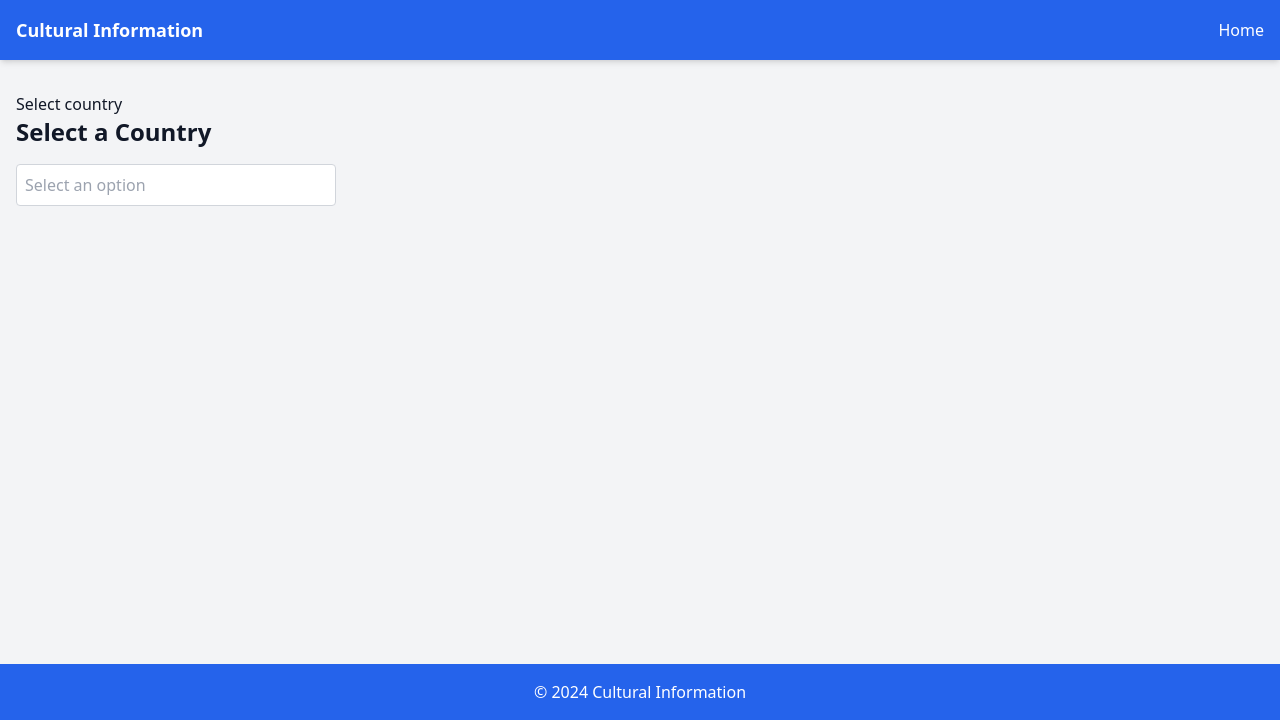
Repository: SmanSayeed/culture
Page: /
An editor plug-in stored every save of this project. The page is shown before and after the next save, followed by the edit.
The browser window is 1280 px wide. The pictures show the whole page.
The project was rebuilt for these pictures with package versions that can differ from the ones it lists, and the page was loaded fresh each time. The framework's server and built-in components were replaced by stand-ins that run in the browser. Also part of the build but not shown: next.config.ts, vite.config.ts.

Above is the page before, as saved 2024-10-30 15:05:16.

After the next save:
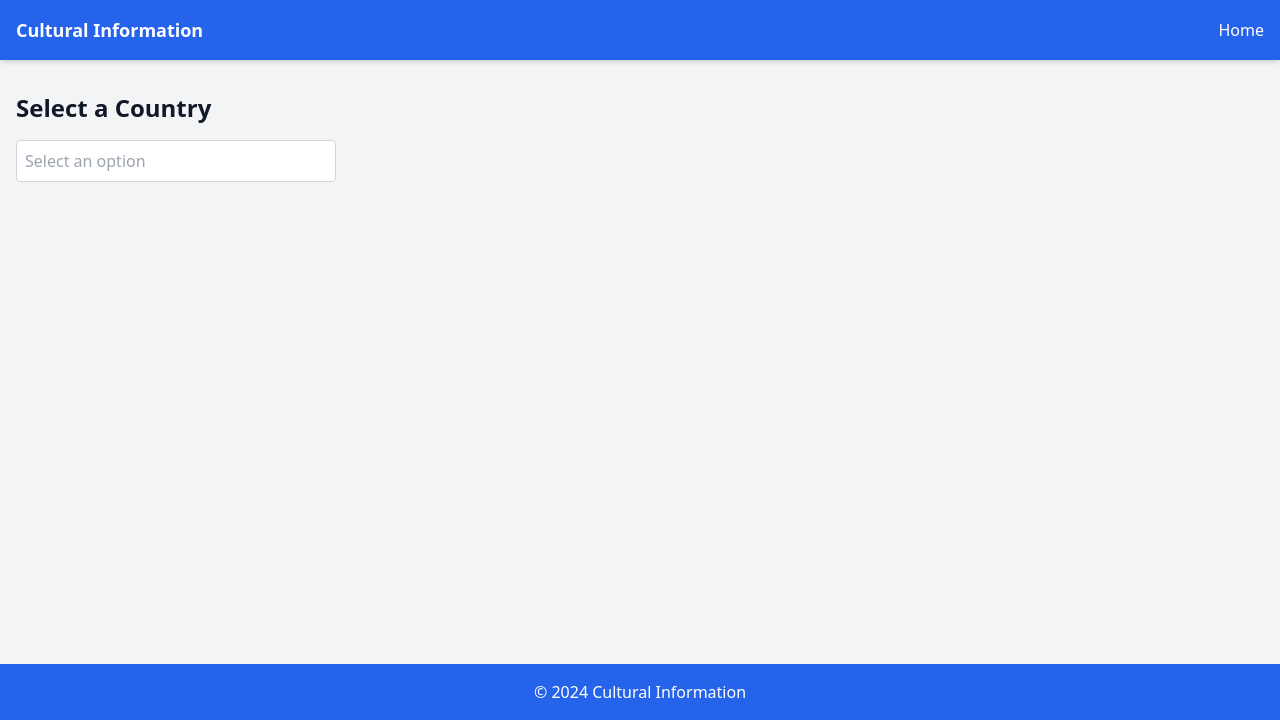
Saved 5 s later.
--- a/src/components/Home/Home.tsx
+++ b/src/components/Home/Home.tsx
@@ -15,7 +15,6 @@ export default function Home({}: Props) {
   };
   return (
     <>
-      <h2>Select country</h2>
       <div className="">
         <div>
           <h1 className="text-2xl mb-4 font-bold">Select a Country</h1>
